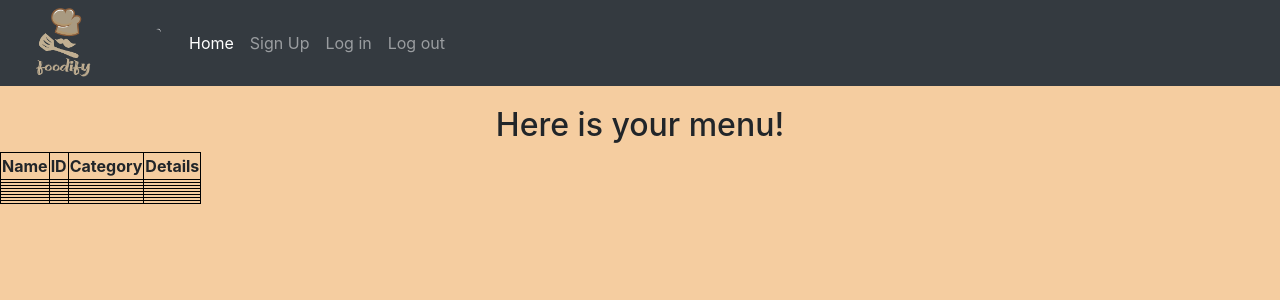
Repository: RanaHisham18/Foodify-Web-App
Page: Project IA raghda/usermenu.html
The author's editor kept a copy of each file at every save. The page is drawn from the files as they stood at one save, then again after the next save.
The browser window is 1280 px wide. The pictures show the whole page.

Above is the page before, as saved 2022-01-06 18:26:05.

After the next save:
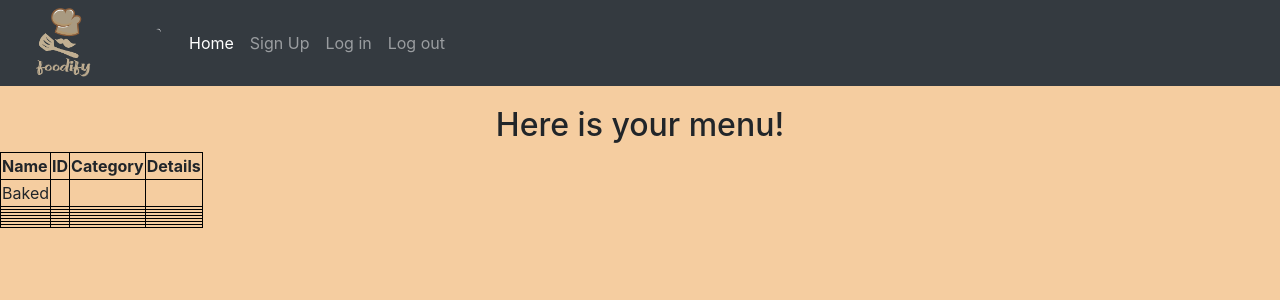
Saved 26 s later.
--- a/Project IA raghda/usermenu.html
+++ b/Project IA raghda/usermenu.html
@@ -50,7 +50,7 @@
 </tr>
 
 <tr>
-    <td></td>
+    <td> Baked </td>
     <td></td>
     <td></td>
     <td></td>
